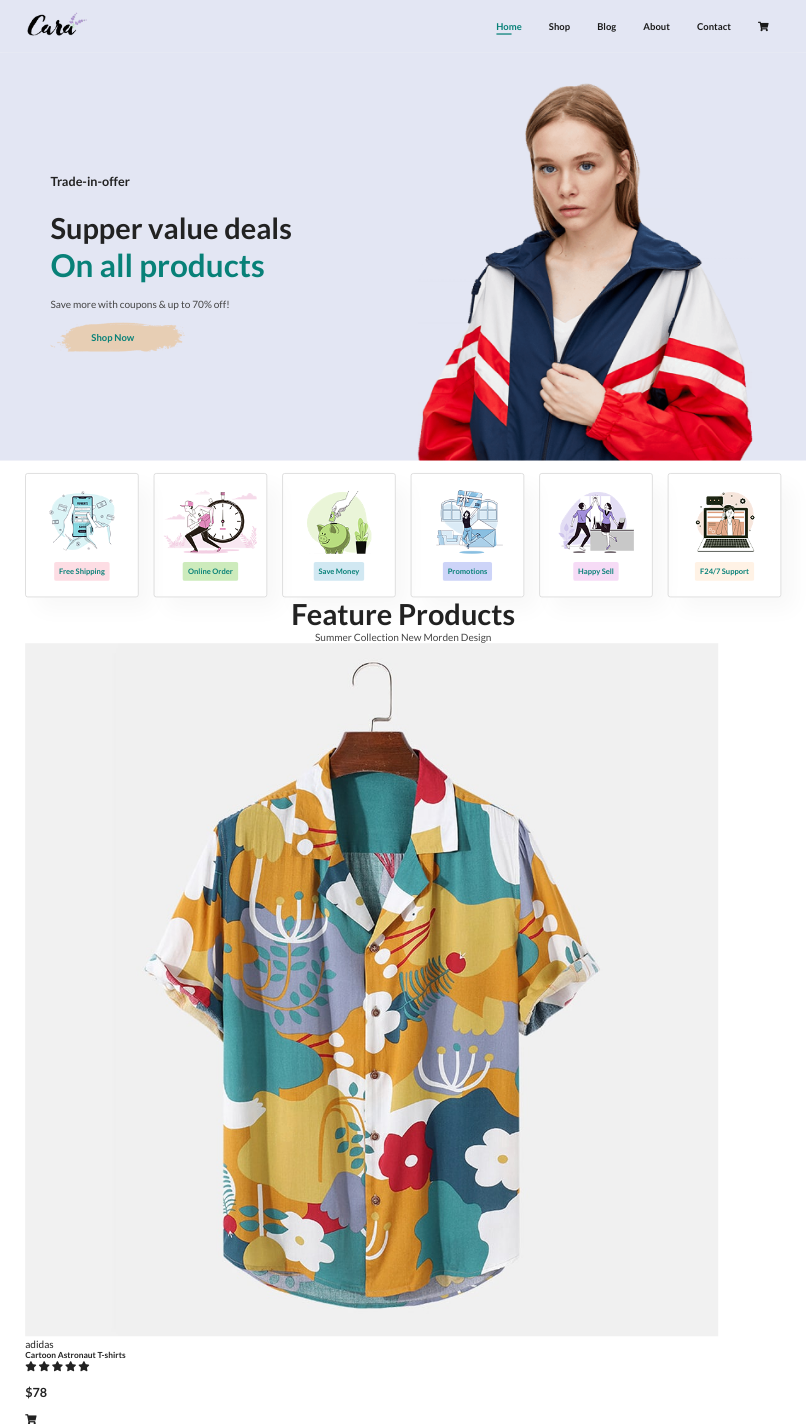
Repository: Nguyenductuan-dev/Website-Clothes
Page: index.html
An editor plug-in stored every save of this project. The page is shown before and after the next save, followed by the edit.
The browser window is 1280 px wide. The pictures show the whole page, at 63% of full size.

Above is the page before, as saved 2022-04-26 00:44:40.

### index.html
<!DOCTYPE html>
<html lang="en">
<head>
    <meta charset="UTF-8">
    <meta http-equiv="X-UA-Compatible" content="IE=edge">
    <meta name="viewport" content="width=device-width, initial-scale=1.0">
    <link rel="shortcut icon" href="assets/imgs/favicon.png" type="image/x-icon">
    <link rel="stylesheet" href="https://cdnjs.cloudflare.com/ajax/libs/font-awesome/5.15.1/css/all.min.css" />
    <link rel="preconnect" href="https://fonts.googleapis.com">
    <link rel="preconnect" href="https://fonts.gstatic.com" crossorigin>
    <link href="https://fonts.googleapis.com/css2?family=Lato:wght@400;700&family=Montserrat:ital,wght@0,200;0,300;0,400;0,500;0,600;0,700;1,600&display=swap" rel="stylesheet">
    <link rel="stylesheet" href="assets/css/style.css">
    <title>Website Clothes</title>
</head>
<body>
    <!-- ======================= HEADER ====================== -->
    <header class="header " id="header">
        <div class="header__container container">
            <a href="index.html" class="header__logo">
                <img src="assets/images/logo.png" alt="" class="header__logo-img">
            </a>

            <div class="navbar" id="navbar">
                <ul class="navbar__list">
                    <li class="navbar__item ">
                        <a href="index.html" class="navbar__link navbar__active">Home</a>
                    </li>
                    <li class="navbar__item">
                        <a href="shop.html" class="navbar__link">Shop</a>
                    </li>
                    <li class="navbar__item">
                        <a href="blog.html" class="navbar__link">Blog</a>
                    </li>
                    <li class="navbar__item">
                        <a href="about.html" class="navbar__link">About</a>
                    </li>
                    <li class="navbar__item">
                        <a href="contact.html" class="navbar__link">Contact</a>
                    </li>
                    <li class="navbar__item">
                        <a href="cart.html" class="navbar__link">
                            <i class="fas fa-shopping-cart"></i>
                        </a>
                    </li>
                </ul>
            </div>
        </div>
    </header>

    <!-- ======================= BANNER ====================== -->
    <section class="banner" id="banner">
        <div class="banner__container container">
            <h4>Trade-in-offer</h4>
            <h2>Supper value deals</h2>
            <h1>On all products</h1>
            <p>Save more with coupons & up to 70% off!</p>
            <button class="banner__btn">
                Shop Now
            </button>
        </div>
    </section>

    <!-- ======================= FEATURE ====================== -->
    <section class="feature container" id="feature">
        <div class="feature__box">
            <img src="assets/images/features/f1.png" alt="" class="feature__img">
            <h6 class="feature__title">Free Shipping</h6>
        </div>
        <div class="feature__box">
            <img src="assets/images/features/f2.png" alt="" class="feature__img">
            <h6 class="feature__title">Online Order</h6>
        </div>
        <div class="feature__box">
            <img src="assets/images/features/f3.png" alt="" class="feature__img">
            <h6 class="feature__title">Save Money</h6>
        </div>
        <div class="feature__box">
            <img src="assets/images/features/f4.png" alt="" class="feature__img">
            <h6 class="feature__title">Promotions</h6>
        </div>
        <div class="feature__box">
            <img src="assets/images/features/f5.png" alt="" class="feature__img">
            <h6 class="feature__title">Happy Sell</h6>
        </div>
        <div class="feature__box">
            <img src="assets/images/features/f6.png" alt="" class="feature__img">
            <h6 class="feature__title">F24/7 Support</h6>
        </div>
    </section>

    <!-- ======================= PRODUCTS ====================== -->
    <section class="product1 container" id="product1">
        <div class="product1__heading">
            <h2 class="product1__heading-title">Feature Products</h2>
            <p class="product1__heading-description">Summer Collection New Morden Design</p>
        </div>
        <div class="product1__list">
            <div class="product1__item">
                <a href="" class="product1__link">
                    <img src="assets/images/products/f1.jpg" alt="" class="product1__img">
                    <div class="product1__des">
                        <span class="product1__brand">adidas</span>
                        <h5 class="product1__title">Cartoon Astronaut T-shirts</h5>
                        <div class="product1__rate">
                            <i class="fas fa-star"></i>
                            <i class="fas fa-star"></i>
                            <i class="fas fa-star"></i>
                            <i class="fas fa-star"></i>
                            <i class="fas fa-star"></i>
                        </div>
                        <h4 class="product1__price">$78</h4>
                    </div>
                    <a href="#" class="product1__cart">
                        <i class="fas fa-shopping-cart"></i>
                    </a>
                </a>
            </div>
        </div>
    </section>

    <script src="assets/js/main.js"></script>
</body>
</html>

### assets/css/style.css
* {
    margin: 0;
    padding: 0;
    box-sizing: border-box;
    font-family: 'Lato', sans-serif;
}
h1 {
    font-size: 50px;
    line-height: 64px;
    color: #222;
}
h2 {
    font-size: 46px;
    line-height: 54px;
    color: #222;
}

h4 {
    font-size: 20px;
    line-height: 64px;
    color: #222;
}
h6 {
    font-weight: 700;
    font-size: 12px;
}
p {
    font-size: 16px;
    color: #444;
}
a {
    text-decoration: none;
    color: #222;
}
ul, li {
    list-style: none;
    padding: 0;
    margin: 0;
}
body {
    width: 100%;
}
.container {
    max-width: 1200px;
    margin: auto;
}
/* ================ HEADER =================== */
.header {
    background-color: #e3e6f3;
    box-shadow: 0 5px 15px rgba(0, 0, 0, .06);
    padding: 20px 0;
}
.header__container {
    max-width: 1200px;
    display: flex;
    justify-content: space-between;
    align-items: center;
    margin: auto;
}
.navbar {
    display: inline-block;
}
.navbar__item {
    display: inline-block;
    list-style: none;
    padding: 0 20px;
    position: relative;
}
.navbar__link {
    text-decoration: none;
    color: #1a1a1a;
    font-size: 15px;
    font-weight: 600;
    transition: .3s ease;

}
.navbar__link:hover,
.navbar__link.navbar__active {
    color: #088178;
}
.navbar__active::after,
.navbar__link:hover::after {
    content: '';
    width: 30%;
    height: 2px;
    background-color: #088178;
    position: absolute;
    bottom: -4px;
    left: 20px;
}
.scroll-header {
    position: fixed;
    top: 0;
    left: 0;
    width: 100%;
    padding: 10px 0;
    transition: .4s;
}
/* ================ BANNER =================== */
.banner {
    background-image: url('../images/hero4.png');
    width: 100%;
    background-position: top 25% right 0;
    background-size: cover;
    padding: 0 80px;
}
.banner__container {
    display: flex;
    height: 90vh;
    flex-direction: column;
    align-items: flex-start;
    justify-content: center;
}
.banner__container h4 {
    padding-bottom: 15px;
}
.banner__container h1 {
    color: #088178;
}
.banner__container p {
    padding: 20px 0;
}
.banner__container .banner__btn {
    background-image: url('../images/button.png');
    background-color: transparent;
    color: #088178;
    border: none;
    padding: 14px 80px 14px 65px;
    background-repeat: no-repeat;
    cursor: pointer;
    font-weight: 700;
    font-size: 15px;
}
/* ================ FEATURE =================== */
.feature {
    display: flex;
    justify-content: space-between;
    align-items: center;
    flex-wrap: wrap;
}
.feature__box {
    width: 180px;
    box-shadow: 20px 20px 34px rgba(0, 0, 0, .03);
    border: 1px solid #ccc;
    text-align: center;
    padding: 25px 15px;
    border-radius: 4px;
    margin-top: 20px;
}
.feature__box:hover {
    box-shadow: 10px 10px 54px rgba(70, 62, 211, .1);
}
.feature__img {
    width: 100%;
    margin-bottom: 10px;
}
.feature__title {
    padding: 9px 8px;
    line-height: 1;
    border-radius: 3px;
    color: #088178;
    background-color: #fddde4;
    display: inline-block;
}
.feature__box:nth-child(2) .feature__title {
    background-color: #cdebbc;
}
.feature__box:nth-child(3) .feature__title {
    background-color: #d1e8f2;
}
.feature__box:nth-child(4) .feature__title {
    background-color: #cdd4f8;
}
.feature__box:nth-child(5) .feature__title {
    background-color: #f6dbf6;
}
.feature__box:nth-child(6) .feature__title {
    background-color: #fff2e5;
}

/* ================ PRODUCT 1 =================== */
.product1__heading {
    text-align: center;
}

### assets/js/main.js
/* ================ SCROLL HEADER ================*/
function scrollheader() {
    let header = document.getElementById('header');
    if (this.scrollY >= 200) {
        header.classList.add('scroll-header');
    }
    else {
        header.classList.remove('scroll-header');
    }
}
window.addEventListener('scroll', scrollheader);

After the next save:
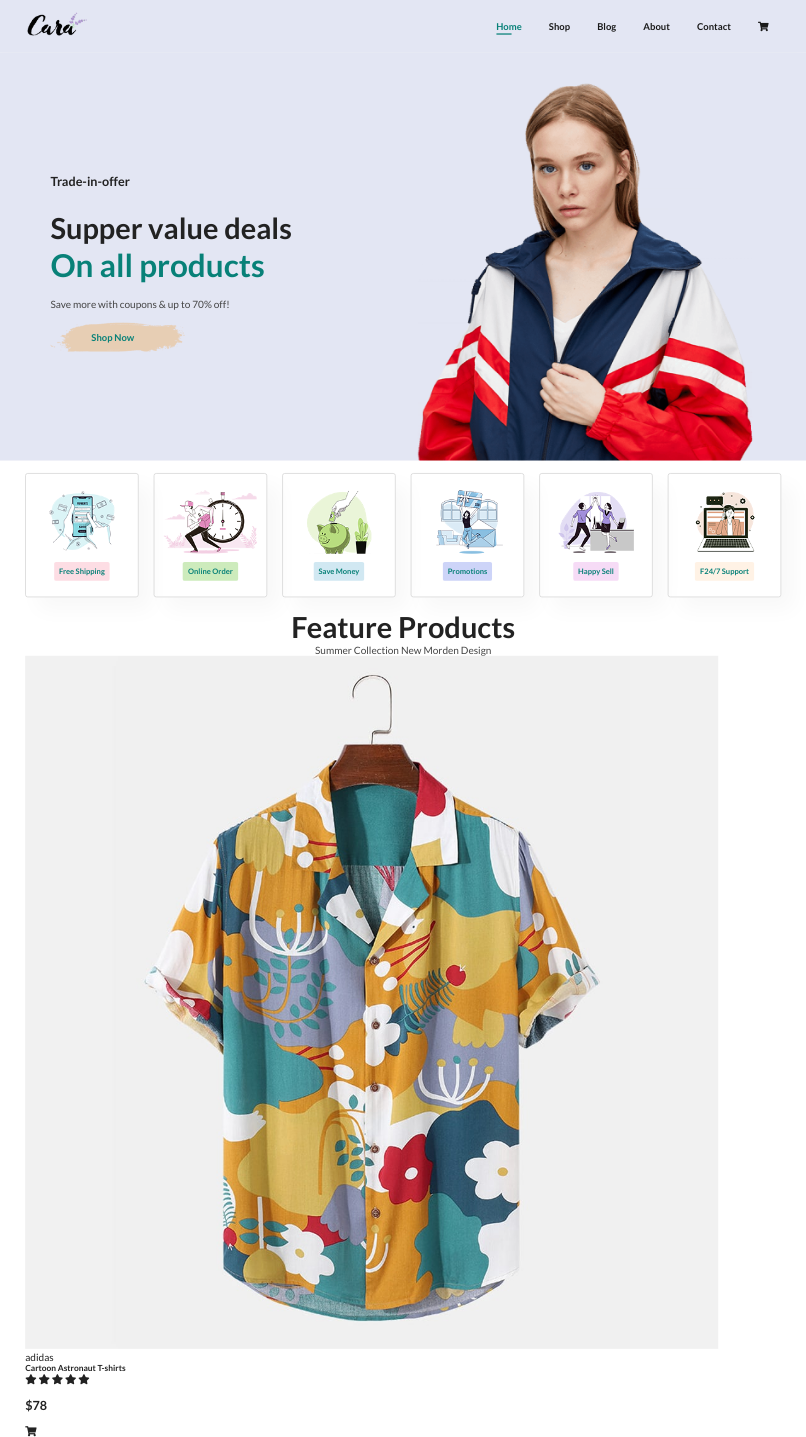
Saved 43 s later.
--- a/assets/css/style.css
+++ b/assets/css/style.css
@@ -179,6 +179,9 @@ body {
 }
 
 /* ================ PRODUCT 1 =================== */
+.product1 {
+    margin-top: 20px;
+}
 .product1__heading {
     text-align: center;
 }
